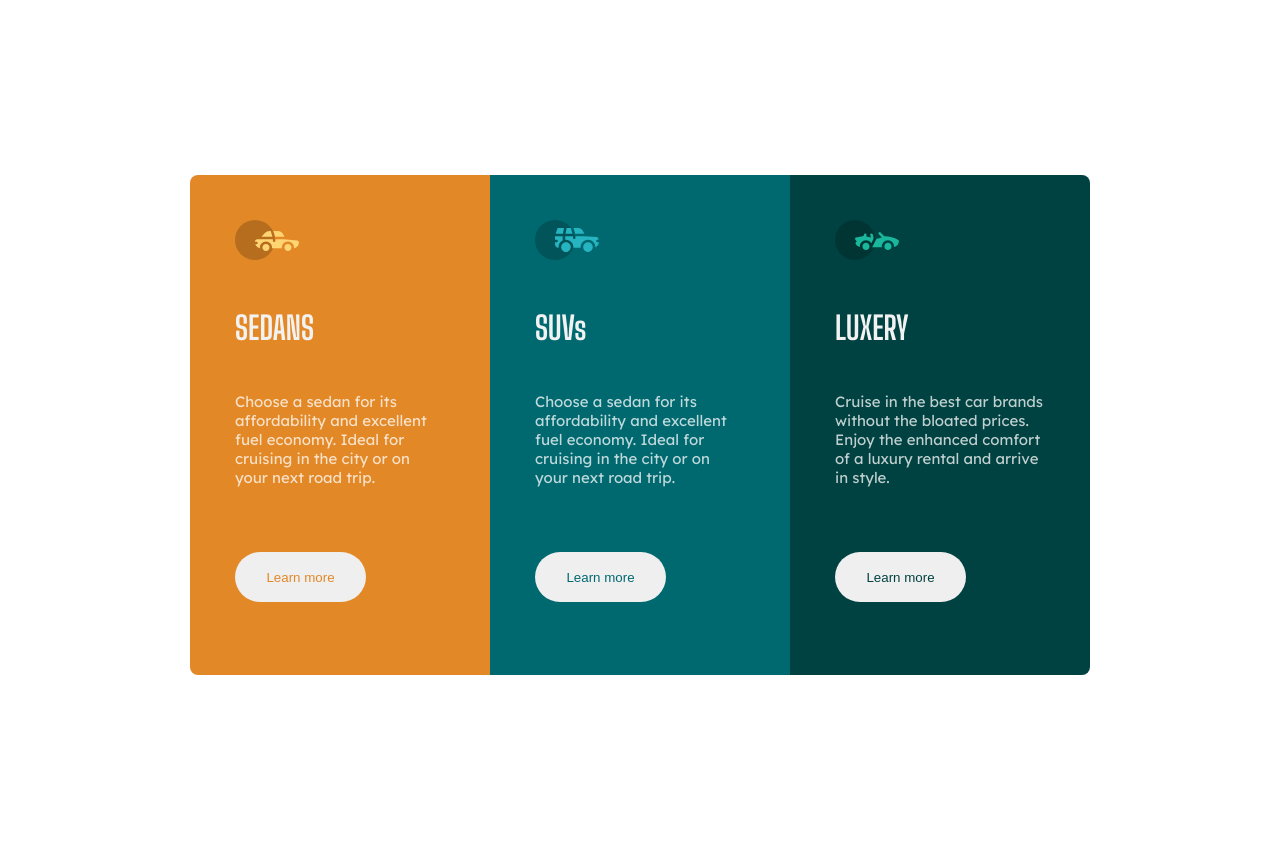
Repository: Toqa-25/3-cards-component
Page: index.html
An editor plug-in stored every save of this project. The page is shown before and after the next save, followed by the edit.
The browser window is 1280 px wide. The pictures show the whole page.

Above is the page before, as saved 2021-07-12 03:54:33.

### index.html
<!DOCTYPE html>
<html lang="en">
<head>
    <meta charset="UTF-8">
    <meta http-equiv="X-UA-Compatible" content="IE=edge">
    <meta name="viewport" content="width=device-width, initial-scale=1.0">
     <!-- css style file -->
     <link rel="stylesheet" href="css/style.css">
     <!-- fonts file -->
     <link rel="preconnect" href="https://fonts.googleapis.com">
        <link rel="preconnect" href="https://fonts.gstatic.com" crossorigin>
        <link href="https://fonts.googleapis.com/css2?family=Lexend+Deca&display=swap" rel="stylesheet">
        <link rel="preconnect" href="https://fonts.googleapis.com">
        <link rel="preconnect" href="https://fonts.gstatic.com" crossorigin>
        <link href="https://fonts.googleapis.com/css2?family=Big+Shoulders+Display:wght@700&display=swap" rel="stylesheet">
<!-- title  -->
    <title> 3 cards componanent</title>
</head>
<body>
    <div class="container" role="main">

        <div class="card">
            <img src="images/icon-sedans.svg" alt="">
            <h1>SEDANS</h1>
            <p>Choose a sedan for its affordability and excellent fuel economy. Ideal for cruising in the city
                or on your next road trip.</p>
                <button class="btn1">Learn more</button>
        </div>
        <div class="card">
            <img src="images/icon-suvs.svg" alt="">
            <h1>SUVs</h1>
            <p>Choose a sedan for its affordability and excellent fuel economy. Ideal for cruising in the city
                or on your next road trip.</p>
                <button class="btn2">Learn more</button>
        </div>
        <div class="card">
            <img src="images/icon-luxury.svg" alt="">
            <h1>LUXERY</h1>
            <p> Cruise in the best car brands without the bloated prices. Enjoy the enhanced comfort of a luxury
                rental and arrive in style.</p>
                <button class="btn3">Learn more</button>
        </div>
    </div>
</body>
</html>

### css/style.css
/* Root value */
:root{
    --Bright-orange: hsl(31, 77%, 52%);
    --Dark-cyan: hsl(184, 100%, 22%);
    --Very-dark-cyan: hsl(179, 100%, 13%);
    --Transparent-white-paragraphs: hsla(0, 0%, 100%, 0.75);
    --Very-light-gray-background-headings-buttons: hsl(0, 0%, 95%);
}

/* global value */
*{
    padding: 0;
    margin:0 ;
    box-sizing: border-box;
}
body{

}
.container{
    display: flex;
    justify-content: center;
    margin:175px auto;

    /* flex-wrap: wrap;
 */
}
/* style value */
@media (min-width:1440px){
    .container{
        width: 1440px;
        height: 800px;
        /* margin:175px 265px; */
        flex-direction: row;
    }
    /* button{

            background:transparent;
        color: var(--Very-light-gray-background-headings-buttons);
    } */

}
@media (max-width:400px){
    .container{
        width: 375px;
        flex-direction: column;

    }

}
.card{
    width: 300px;
    height: 500px;
    padding: 45px;

}
.card:first-of-type{
background-color: var(--Bright-orange);
border-top-left-radius: 8px;
border-bottom-left-radius: 8px;
}
.card:nth-of-type(2){
background-color: var(--Dark-cyan);
}
.card:last-of-type{
background-color: var(--Very-dark-cyan);
border-top-right-radius: 8px;
border-bottom-right-radius: 8px;
}
img{
    margin-bottom: 45px;
}
h1{
    font-family: 'Big Shoulders Display', cursive;
    color: var(--Very-light-gray-background-headings-buttons);
    margin-bottom: 45px;

}
p{
    font-family: 'Lexend Deca', sans-serif;
    color:var(--Transparent-white-paragraphs);
    margin-bottom: 65px;
    Font-size: 15px;
}
button{
    margin-bottom: 45px;
    padding: 10px;
    width: 131px;
    height: 50px;
    border-radius: 30px;
    border-color:var(--Very-light-gray-background-headings-buttons);

}
button{
    border: none;
}
.btn1{
    color:var(--Bright-orange);
}
.btn2{
    color: var(--Dark-cyan);
}
.btn3{
    color:var(--Very-dark-cyan);
}

/* button:first-of-type{
    background-color: transparent;
}
button:nth-of-type(2){
    background-color: var(--Dark-cyan);
}
button:last-of-type{
    background-color: var(--Very-dark-cyan);
} */

After the next save:
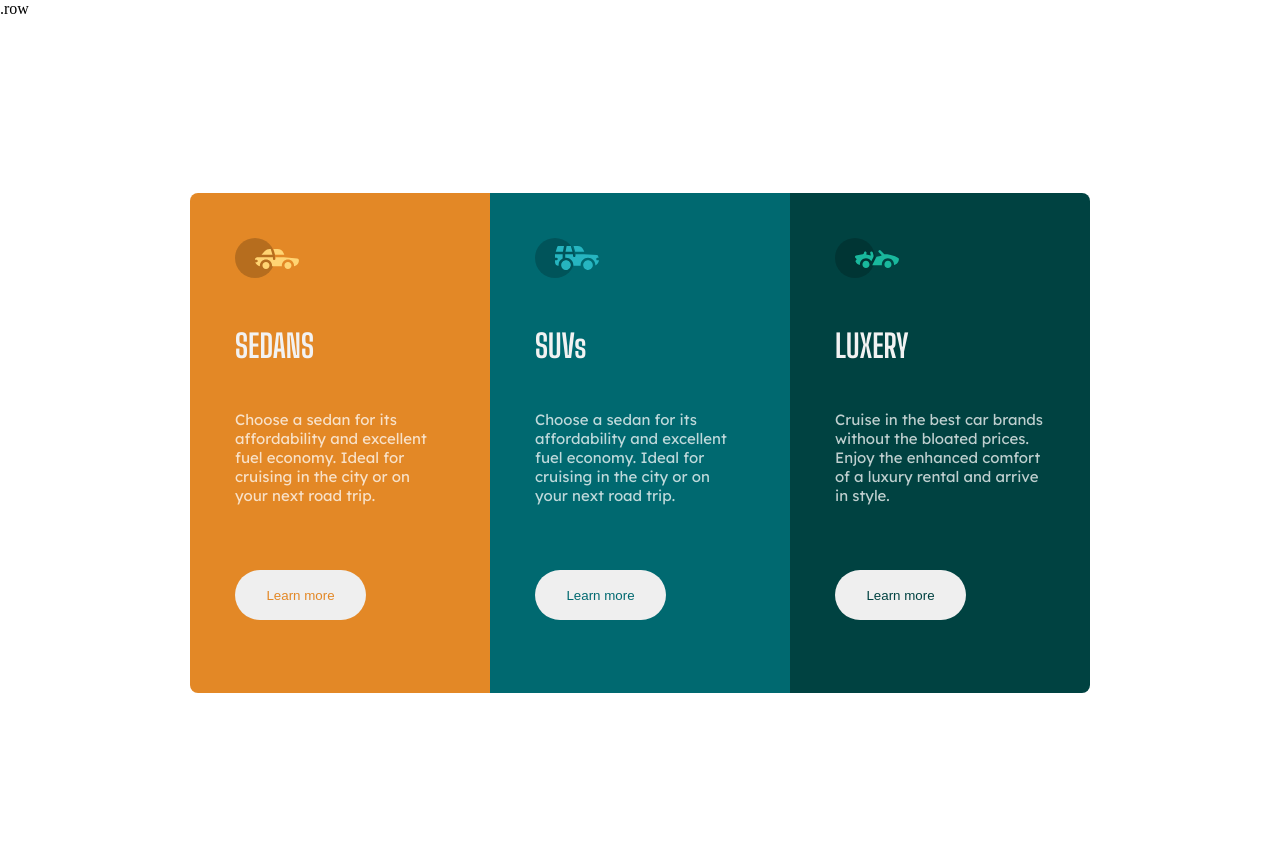
Saved 2 days later.
--- a/index.html
+++ b/index.html
@@ -17,6 +17,7 @@
     <title> 3 cards componanent</title>
 </head>
 <body>
+    .row
     <div class="container" role="main">
 
         <div class="card">

After the save that followed:
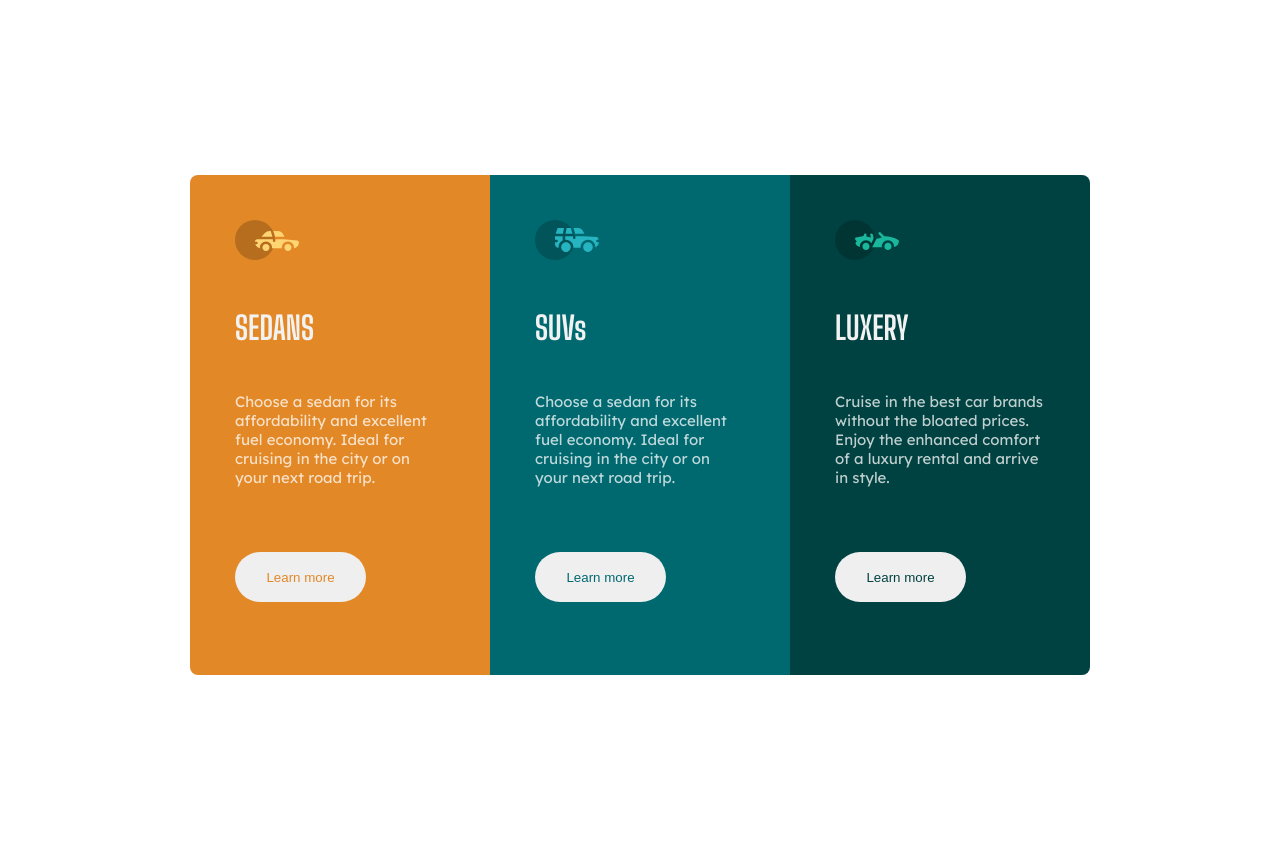
Saved 80 s later.
--- a/index.html
+++ b/index.html
@@ -17,7 +17,7 @@
     <title> 3 cards componanent</title>
 </head>
 <body>
-    .row
+    <div class="row"></div>
     <div class="container" role="main">
 
         <div class="card">
